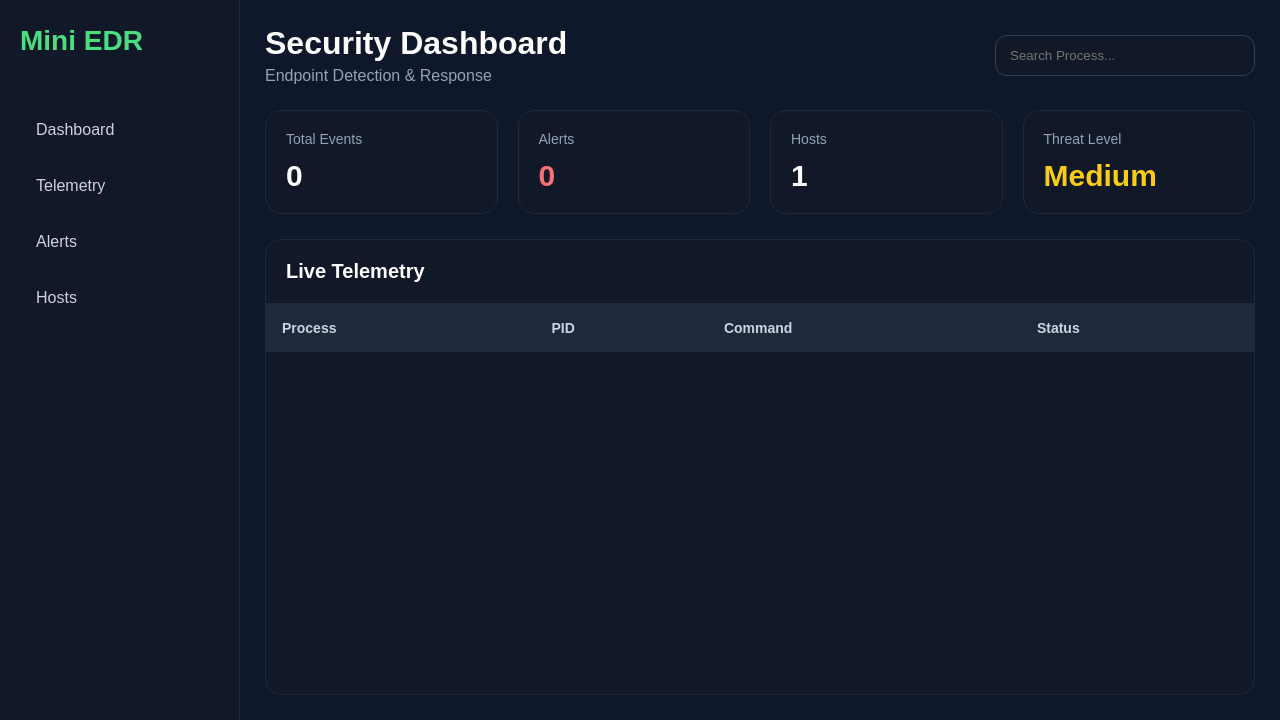
Repository: Mohitkumar1322/ShadowOne-EDR
Page: / (app in mini-edr/dashboard/)
An editor plug-in stored every save of this project. The page is shown before and after the next save, followed by the edit.
The browser window is 1280 px wide. The pictures show the whole page.
The page's requests for data from a server got no answer. The project was rebuilt for these pictures with package versions that can differ from the ones it lists, and the page was loaded fresh each time. No one was signed in, and anything a server would have sent is missing.

Above is the page before, as saved 2026-05-27 11:44:16.

### mini-edr/dashboard/src/App.js
import { useEffect, useState } from "react";
import axios from "axios";

import "./styles.css";

function App() {

  const [events, setEvents] = useState([]);
  const [search, setSearch] = useState("");

  useEffect(() => {

    fetchTelemetry();

    const interval = setInterval(() => {
      fetchTelemetry();
    }, 5000);

    return () => clearInterval(interval);

  }, []);

  const fetchTelemetry = async () => {

    try {

      const response = await axios.get(
        "http://127.0.0.1:8000/telemetry"
      );

      setEvents(response.data);

    } catch (error) {

      console.log(error);

    }
  };

  const filteredEvents = events.filter((event) =>
    event.process_name
      ?.toLowerCase()
      .includes(search.toLowerCase())
  );

  const alertCount = events.filter(
    (event) => event.alert
  ).length;

  return (

    <div className="app">

      {/* SIDEBAR */}

      <div className="sidebar">

        <div className="logo">
          Mini EDR
        </div>

        <div className="sidebar-menu">

          <div className="sidebar-item">
            Dashboard
          </div>

          <div className="sidebar-item">
            Telemetry
          </div>

          <div className="sidebar-item">
            Alerts
          </div>

          <div className="sidebar-item">
            Hosts
          </div>

        </div>

      </div>

      {/* MAIN */}

      <div className="main">

        {/* TOPBAR */}

        <div className="topbar">

          <div className="dashboard-title">

            <h1>
              Security Dashboard
            </h1>

            <p>
              Endpoint Detection & Response
            </p>

          </div>

          <input
            type="text"
            placeholder="Search Process..."
            className="search-box"
            value={search}
            onChange={(e) => setSearch(e.target.value)}
          />

        </div>

        {/* STATS */}

        <div className="stats-grid">

          <div className="stat-card">

            <div className="stat-title">
              Total Events
            </div>

            <div className="stat-value">
              {events.length}
            </div>

          </div>

          <div className="stat-card">

            <div className="stat-title">
              Alerts
            </div>

            <div
              className="stat-value"
              style={{ color: "#f87171" }}
            >
              {alertCount}
            </div>

          </div>

          <div className="stat-card">

            <div className="stat-title">
              Hosts
            </div>

            <div className="stat-value">
              1
            </div>

          </div>

          <div className="stat-card">

            <div className="stat-title">
              Threat Level
            </div>

            <div
              className="stat-value"
              style={{ color: "#facc15" }}
            >
              Medium
            </div>

          </div>

        </div>

        {/* TABLE */}

        <div className="table-container">

          <div className="table-header">
            Live Telemetry
          </div>

          <div className="table-scroll">

            <table>

              <thead>

                <tr>

                  <th>Process</th>
                  <th>PID</th>
                  <th>Command</th>
                  <th>Status</th>

                </tr>

              </thead>

              <tbody>

                {filteredEvents
                  .slice()
                  .reverse()
                  .map((event, index) => (

                  <tr key={index}>

                    <td>
                      {event.process_name}
                    </td>

                    <td>
                      {event.pid}
                    </td>

                    <td className="command">
                      {event.cmdline}
                    </td>

                    <td>

                      {event.alert ? (

                        <span className="alert">
                          ALERT
                        </span>

                      ) : (

                        <span className="safe">
                          SAFE
                        </span>

                      )}

                    </td>

                  </tr>

                ))}

              </tbody>

            </table>

          </div>

        </div>

      </div>

    </div>
  );
}

export default App;

### mini-edr/dashboard/src/styles.css
* {
  margin: 0;
  padding: 0;
  box-sizing: border-box;
}

body {
  background-color: #0f172a;
  color: white;
  font-family: Arial, sans-serif;
  overflow: hidden;
}

.app {
  display: flex;
  height: 100vh;
  width: 100vw;
}

/* SIDEBAR */

.sidebar {
  width: 240px;
  background-color: #111827;
  border-right: 1px solid #1e293b;
  padding: 25px 20px;
  display: flex;
  flex-direction: column;
  justify-content: flex-start;
}

.logo {
  font-size: 28px;
  font-weight: bold;
  color: #4ade80;
  margin-bottom: 50px;
}

.sidebar-menu {
  display: flex;
  flex-direction: column;
  gap: 10px;
}

.sidebar-item {
  padding: 14px 16px;
  border-radius: 10px;
  cursor: pointer;
  color: #cbd5e1;
  transition: 0.3s;
}

.sidebar-item:hover {
  background-color: #1e293b;
  color: #4ade80;
}

/* MAIN */

.main {
  flex: 1;
  padding: 25px;
  display: flex;
  flex-direction: column;
  overflow: hidden;
}

/* TOPBAR */

.topbar {
  display: flex;
  justify-content: space-between;
  align-items: center;
  margin-bottom: 25px;
}

.dashboard-title h1 {
  font-size: 32px;
  margin-bottom: 5px;
}

.dashboard-title p {
  color: #94a3b8;
}

.search-box {
  padding: 12px 14px;
  width: 260px;
  background-color: #111827;
  border: 1px solid #334155;
  border-radius: 12px;
  color: white;
  outline: none;
}

/* STATS */

.stats-grid {
  display: grid;
  grid-template-columns: repeat(4, 1fr);
  gap: 20px;
  margin-bottom: 25px;
}

.stat-card {
  background-color: #111827;
  border: 1px solid #1e293b;
  padding: 20px;
  border-radius: 16px;
}

.stat-title {
  color: #94a3b8;
  margin-bottom: 12px;
  font-size: 14px;
}

.stat-value {
  font-size: 30px;
  font-weight: bold;
}

/* TABLE SECTION */

.table-container {
  background-color: #111827;
  border: 1px solid #1e293b;
  border-radius: 16px;
  display: flex;
  flex-direction: column;
  flex: 1;
  overflow: hidden;
}

.table-header {
  padding: 20px;
  border-bottom: 1px solid #1e293b;
  font-size: 20px;
  font-weight: bold;
}

/* ONLY TABLE SCROLLS */

.table-scroll {
  overflow-y: auto;
  flex: 1;
}

/* CUSTOM SCROLLBAR */

.table-scroll::-webkit-scrollbar {
  width: 8px;
}

.table-scroll::-webkit-scrollbar-track {
  background: #111827;
}

.table-scroll::-webkit-scrollbar-thumb {
  background: #334155;
  border-radius: 20px;
}

/* TABLE */

table {
  width: 100%;
  border-collapse: collapse;
}

thead {
  background-color: #1e293b;
  position: sticky;
  top: 0;
}

th {
  text-align: left;
  padding: 16px;
  color: #cbd5e1;
  font-size: 14px;
}

td {
  padding: 16px;
  border-bottom: 1px solid #1e293b;
  font-size: 14px;
}

tr:hover {
  background-color: #1e293b;
}

.command {
  color: #94a3b8;
  max-width: 500px;
  overflow: hidden;
  text-overflow: ellipsis;
  white-space: nowrap;
}

/* STATUS */

.safe {
  background-color: rgba(34, 197, 94, 0.2);
  color: #4ade80;
  padding: 6px 14px;
  border-radius: 20px;
  font-size: 13px;
}

.alert {
  background-color: rgba(239, 68, 68, 0.2);
  color: #f87171;
  padding: 6px 14px;
  border-radius: 20px;
  font-size: 13px;
}

/* RESPONSIVE */

@media (max-width: 1100px) {

  .stats-grid {
    grid-template-columns: repeat(2, 1fr);
  }

}

@media (max-width: 768px) {

  .sidebar {
    display: none;
  }

  .stats-grid {
    grid-template-columns: 1fr;
  }

  .topbar {
    flex-direction: column;
    align-items: flex-start;
    gap: 15px;
  }

  .search-box {
    width: 100%;
  }

}

Loaded but not shown: mini-edr/dashboard/public/index.html (common file); mini-edr/dashboard/src/index.js (common file); mini-edr/dashboard/src/index.css (common file); mini-edr/dashboard/src/reportWebVitals.js (common file)

After the next save:
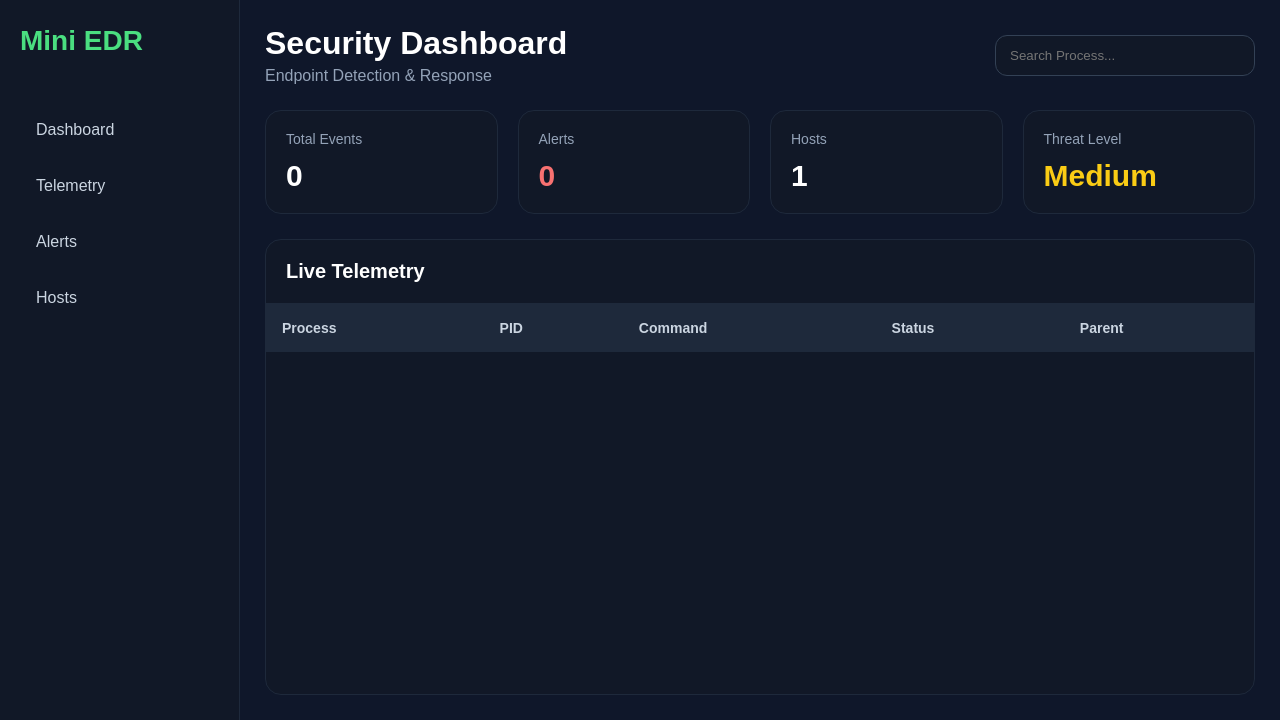
Saved 5 min 53 s later.
--- a/mini-edr/dashboard/src/App.js
+++ b/mini-edr/dashboard/src/App.js
@@ -191,6 +191,7 @@ function App() {
                   <th>PID</th>
                   <th>Command</th>
                   <th>Status</th>
+                  <th>Parent</th>
 
                 </tr>
 
